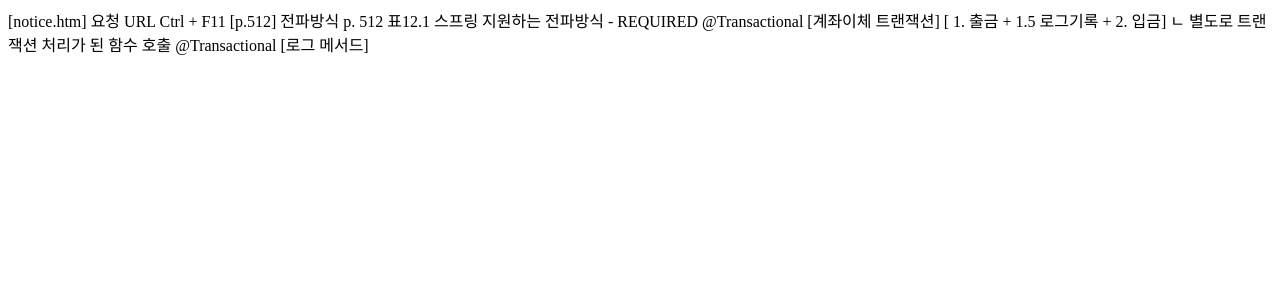
Repository: Vida0822/-
Page: SL07_NLTRANSACTION3_PROPAGATION/src/main/webapp/customer/notice.htm
The author's editor kept a copy of each file at every save. The page is drawn from the files as they stood at one save, then again after the next save.
The browser window is 1280 px wide. The pictures show the whole page.

Above is the page before, as saved 2023-06-29 03:25:57.

After the next save:
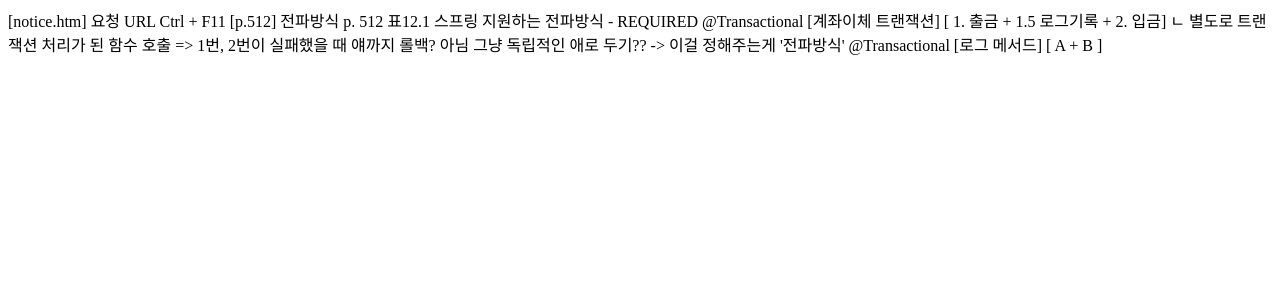
Saved 55 s later.
--- a/SL07_NLTRANSACTION3_PROPAGATION/src/main/webapp/customer/notice.htm
+++ b/SL07_NLTRANSACTION3_PROPAGATION/src/main/webapp/customer/notice.htm
@@ -9,6 +9,7 @@
 	[계좌이체 트랜잭션]
 	[ 1. 출금   +  1.5 로그기록  +   2. 입금]
 						ㄴ 별도로 트랜잭션 처리가 된 함수 호출
-
+							=> 1번, 2번이 실패했을 때 얘까지 롤백? 아님 그냥 독립적인 애로 두기?? -> 이걸 정해주는게 '전파방식'
 	@Transactional
 	[로그 메서드]
+	[ A   +   B ]
